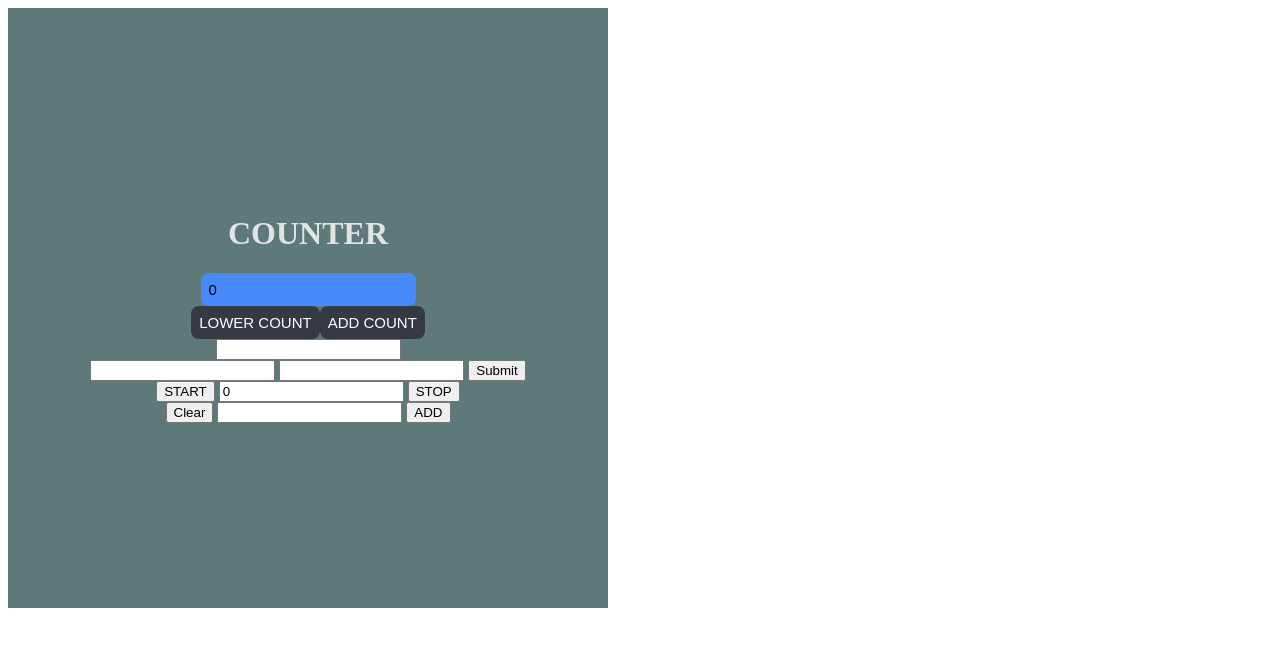
Repository: sedashahnazaryan/Caunter
Page: index.html
These files come from the project's save history. The page is drawn as it stood at one moment and after a run of saves; the edit follows.
The browser window is 1280 px wide. The pictures show the whole page.

Above is the page before, as saved 2022-02-15 01:29:32.

After the next 3 saves:
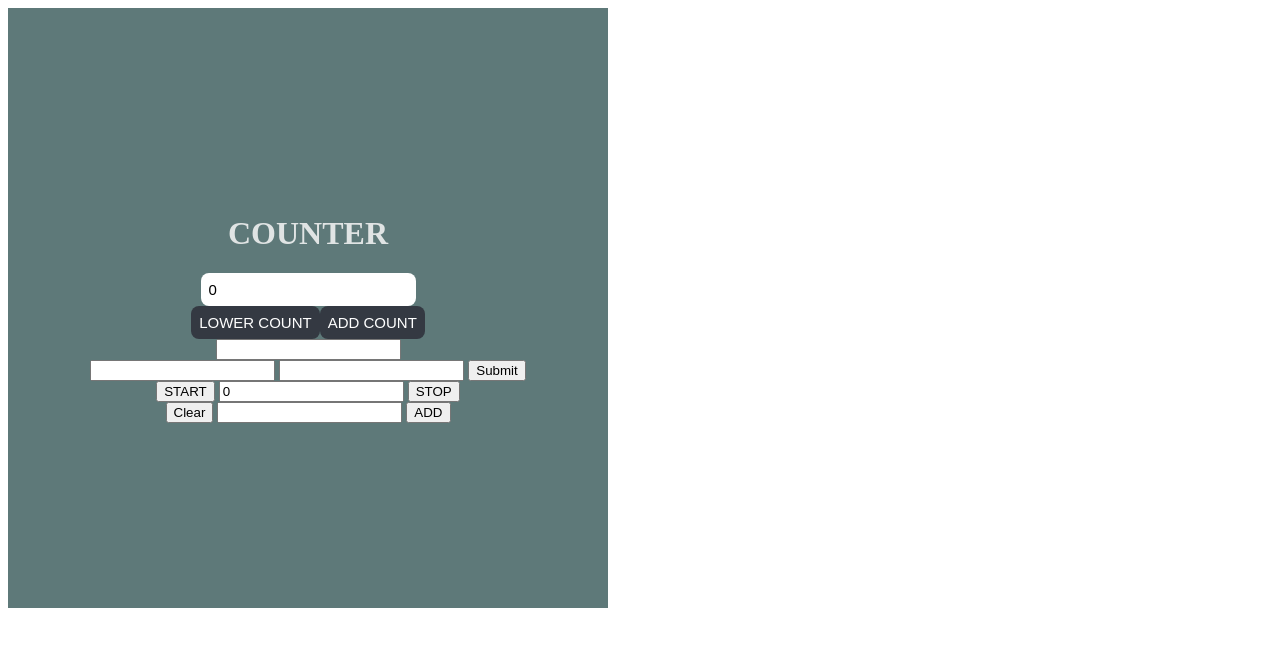
The 3 saves are shown as one change because they came seconds apart.
The last was saved 24 s later.
--- a/index.css
+++ b/index.css
@@ -44,7 +44,7 @@ color: rgba(243, 243, 243, 0.87);
     cursor: pointer; */
 
            #input{
-        background-color: #498AFB;
+        background-color: #34394;
         /* color: white; */
         padding: 8px;
         border-radius: 8px;
